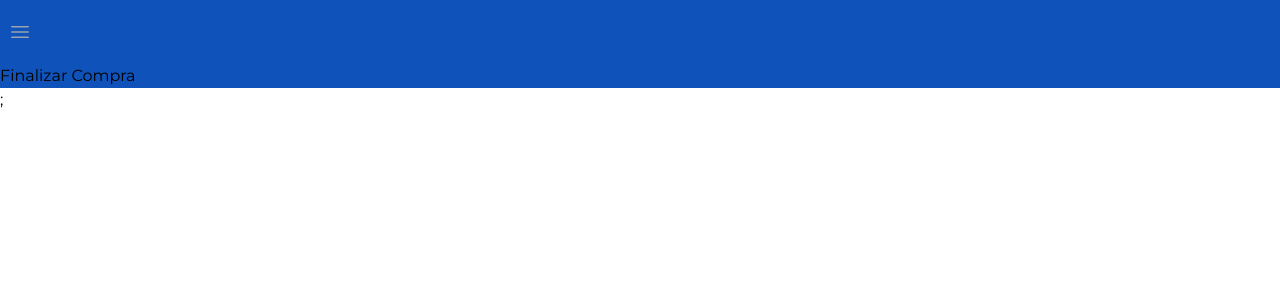
Repository: LuisSempre/mks
Page: /bar
These files come from the project's save history. The page is drawn as it stood at one moment and after the next save; the edit follows.
The browser window is 1280 px wide. The pictures show the whole page.
The project was rebuilt for these pictures with package versions that can differ from the ones it lists, and the page was loaded fresh each time. The framework's server and built-in components were replaced by stand-ins that run in the browser. Also part of the build but not shown: next.config.js.

Above is the page before, as saved 2023-01-24 02:12:13.

After the next save:
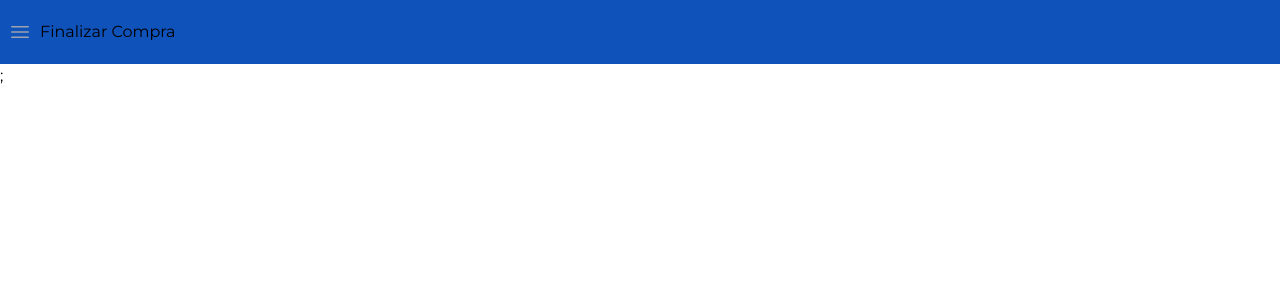
Saved 12 s later.
--- a/components/SidebarCar.tsx
+++ b/components/SidebarCar.tsx
@@ -30,6 +30,7 @@
                   <Bars3Icon className='block w-6 h-6' aria-hidden='true' />
                 )}
               </Disclosure.Button>
+              <button>Finalizar Compra</button>
             </div>
           </div>
 
@@ -53,7 +54,6 @@
               ))}
             </div>
           </Disclosure.Panel>
-          <button>Finalizar Compra</button>
         </>
       )}
     </Disclosure>
